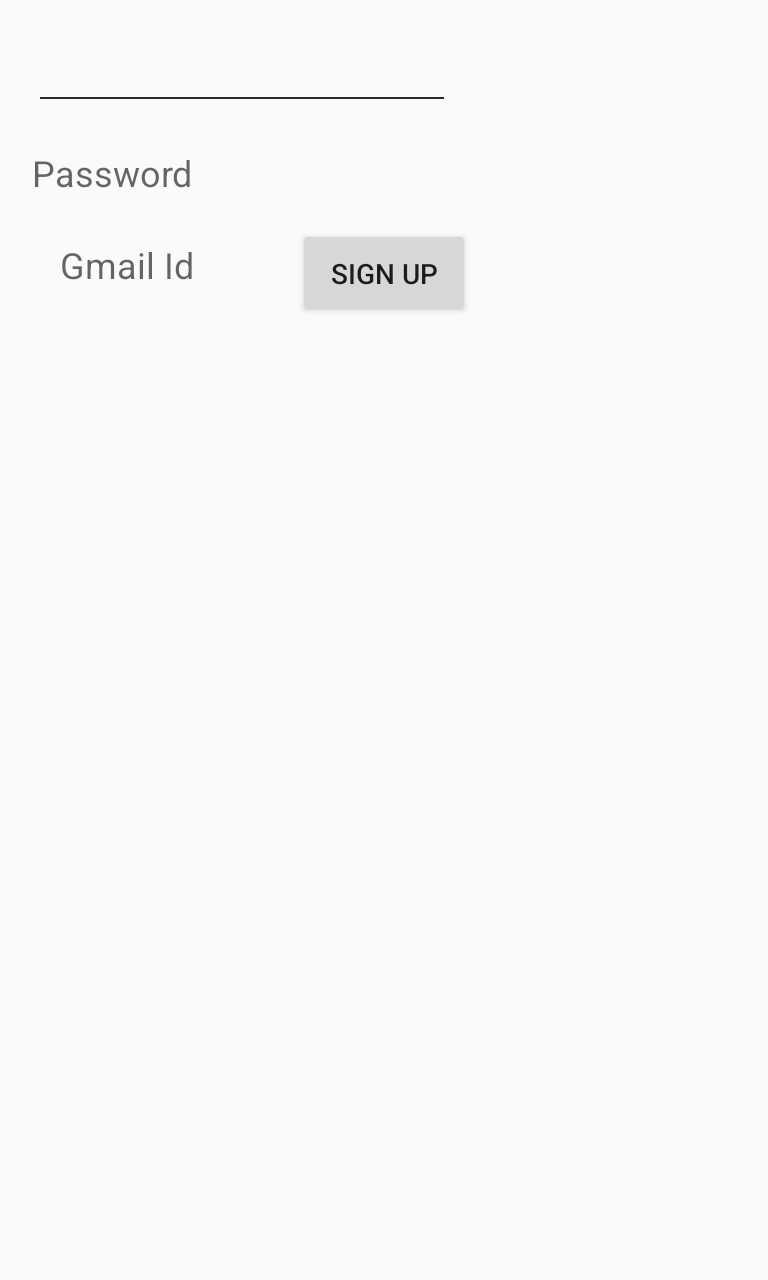
Repository: shuktika12163/ReWise
Layout: ReWise/res/layout/activity_signup.xml
These files come from the project's save history. The layout is drawn as it stood at one moment and after the next save; the edit follows.
It is drawn on a 768 x 1280 px phone screen (xhdpi) without system bars, with theme AppTheme; the app's code is not run.

Above is the layout before, as saved 2014-10-29 14:07:27.

After the next save:
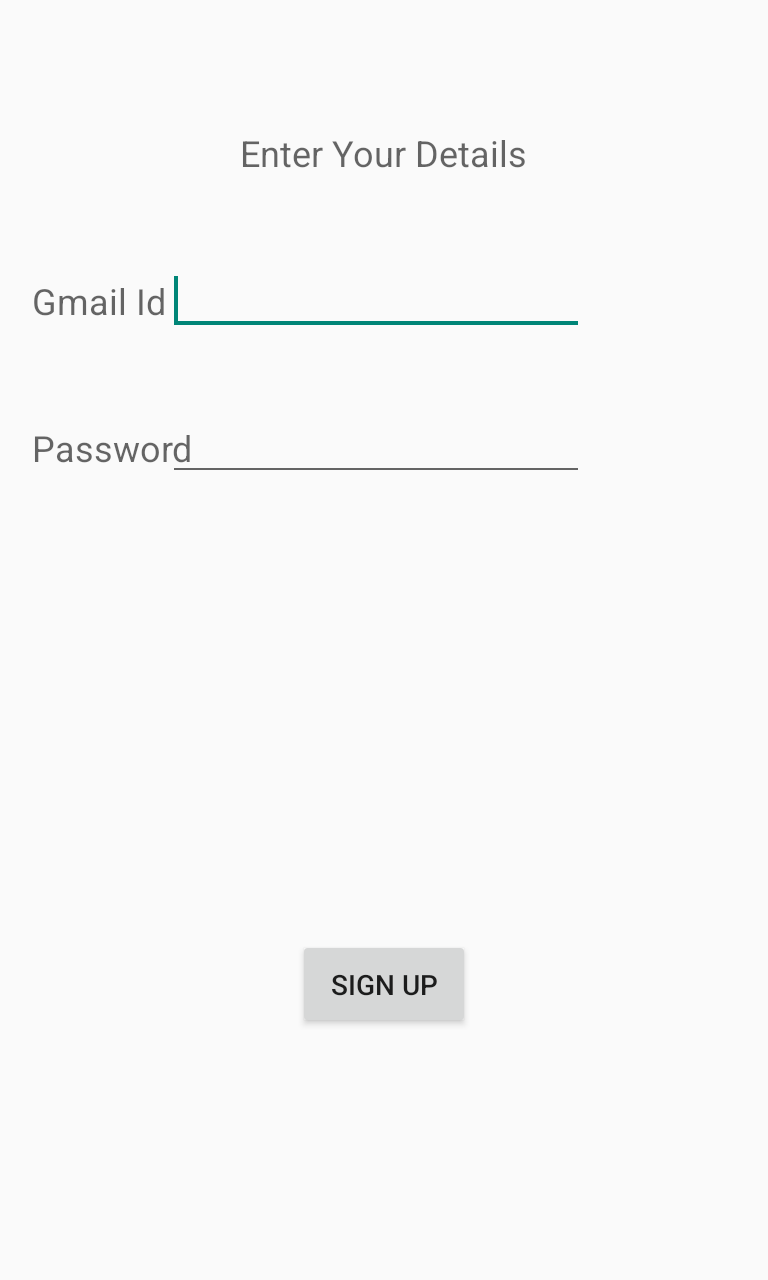
Saved 2 min 0 s later.
--- a/ReWise/res/layout/activity_signup.xml
+++ b/ReWise/res/layout/activity_signup.xml
@@ -8,23 +8,45 @@
     android:paddingTop="@dimen/activity_vertical_margin"
     tools:context="com.example.rewise.InstrLoginActivity" >
 
+    <Button
+        android:id="@+id/btn_signup"
+        android:layout_width="wrap_content"
+        android:layout_height="wrap_content"
+        android:layout_alignParentBottom="true"
+        android:layout_centerHorizontal="true"
+        android:layout_marginBottom="108dp"
+        android:text="Sign Up" />
+
     <TextView
         android:id="@+id/tv_password"
         android:layout_width="wrap_content"
         android:layout_height="wrap_content"
-        android:layout_alignLeft="@+id/textView1"
-        android:layout_below="@+id/textView1"
-        android:layout_marginTop="58dp"
+        android:layout_alignLeft="@+id/tv_username"
+        android:layout_below="@+id/tv_username"
+        android:layout_marginTop="49dp"
         android:text="Password"
         android:textAppearance="?android:attr/textAppearanceMedium" />
+
+    <EditText
+        android:id="@+id/et_username"
+        android:layout_width="wrap_content"
+        android:layout_height="wrap_content"
+        android:layout_alignBaseline="@+id/tv_username"
+        android:layout_alignBottom="@+id/tv_username"
+        android:layout_toRightOf="@+id/tv_username"
+        android:ems="10"
+        android:inputType="textEmailAddress" >
+
+        <requestFocus />
+    </EditText>
 
     <EditText
         android:id="@+id/et_password"
         android:layout_width="wrap_content"
         android:layout_height="wrap_content"
-        android:layout_alignBaseline="@+id/textView2"
-        android:layout_alignBottom="@+id/textView2"
-        android:layout_toRightOf="@+id/textView2"
+        android:layout_alignBaseline="@+id/tv_password"
+        android:layout_alignBottom="@+id/tv_password"
+        android:layout_alignRight="@+id/et_username"
         android:ems="10"
         android:inputType="textPassword" />
 
@@ -34,28 +56,18 @@
         android:layout_height="wrap_content"
         android:layout_alignParentLeft="true"
         android:layout_alignParentTop="true"
-        android:layout_marginLeft="14dp"
-        android:layout_marginTop="104dp"
+        android:layout_marginTop="122dp"
         android:text="Gmail Id"
         android:textAppearance="?android:attr/textAppearanceMedium" />
 
-    <EditText
-        android:id="@+id/et_username"
+    <TextView
+        android:id="@+id/tv_details"
         android:layout_width="wrap_content"
         android:layout_height="wrap_content"
-        android:layout_alignBaseline="@+id/textView1"
-        android:layout_alignBottom="@+id/textView1"
-        android:layout_toRightOf="@+id/textView1"
-        android:ems="10"
-        android:inputType="textEmailAddress" />
-
-    <Button
-        android:id="@+id/btn_signup"
-        android:layout_width="wrap_content"
-        android:layout_height="wrap_content"
-        android:layout_below="@+id/et_password"
+        android:layout_alignParentTop="true"
         android:layout_centerHorizontal="true"
-        android:layout_marginTop="55dp"
-        android:text="Sign Up" />
+        android:layout_marginTop="48dp"
+        android:text="Enter Your Details"
+        android:textAppearance="?android:attr/textAppearanceMedium" />
 
 </RelativeLayout>
